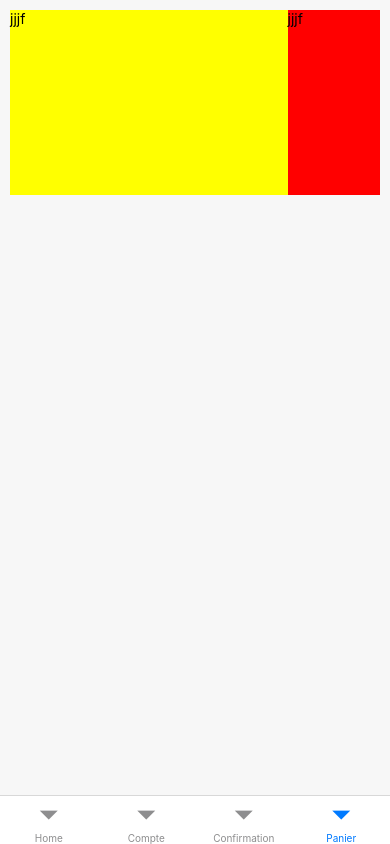
Repository: Norlan-20/Last-Afrilink
Screen: /Panier
An editor plug-in stored every save of this project. The screen is shown before and after the next save, followed by the edit.
The page's requests for data from a server got no answer. The app was drawn by React Native's web renderer in a window 390 px wide. The project was rebuilt for these pictures with package versions that can differ from the ones it lists, and the page was loaded fresh each time. No one was signed in, and anything a server would have sent is missing. Also part of the build but not shown: screen/User.js, component/button.js, screen/Confirmation.js, screen/Connexion.js, screen/Inscription.js, screen/Categorie.js, screen/Produit.js.

Above is the screen before, as saved 2021-09-27 09:32:26.

### App.js
/* eslint-disable prettier/prettier */
import React from 'react';
import {View} from 'react-native';
import { NavigationContainer } from '@react-navigation/native';
import { createNativeStackNavigator } from '@react-navigation/native-stack';
import { createBottomTabNavigator } from '@react-navigation/bottom-tabs';
import HomeScreen from './screen/Home';
import UserScreen from './screen/User';
import ConfirmationScreen from './screen/Confirmation';
import ConnexionScreen from './screen/Connexion';
import InscriptionScreen from './screen/Inscription';
import CategorieScreen from './screen/Categorie';
import ProduitScreen from './screen/Produit';
import CartScreen from './screen/Cart';

const Tab = createBottomTabNavigator();
const Stack = createNativeStackNavigator();

const BottomScreen = () => {
  return (
    <Tab.Navigator screenOptions={{headerShown: false}} >
        <Tab.Screen name="Home" component={HomeScreen}/>
        <Tab.Screen name="Compte" component={UserScreen}/>
        <Tab.Screen name="Confirmation" component={ConnexionScreen}/>
        <Tab.Screen name="Panier" component={CartScreen} />
    </Tab.Navigator>
  );
};

const App = () => {
  return (
    <NavigationContainer>
      <Stack.Navigator>
        <Stack.Screen name="Home" options={{headerShown: false}} component={BottomScreen} />
        <Stack.Screen name="Categorie" component={CategorieScreen} />
        <Stack.Screen name="Inscription" component={InscriptionScreen} />
        <Stack.Screen name="Produit" component={ProduitScreen} />
        {/* <Stack.Screen name="Panier" component={CartScreen} /> */}
      </Stack.Navigator>
    </NavigationContainer>
  );
};

export default App;

### screen/Home.js
/* eslint-disable prettier/prettier */
import React,{useState,useEffect} from 'react';
import {View, Text, StyleSheet, StatusBar, Dimensions, ScrollView} from 'react-native';
import { Header, Icon, Image, SearchBar } from 'react-native-elements';
import Categorie from '../component/categorie';
import Produit from '../component/produit';
import { listOfCategories } from '../API/api';
// import EvilIcons from 'react-native-vector-icons/EvilIcons';

const {width,height} = Dimensions.get('window');
const fond = '#F7F7F7';
const primary = '#2e3190';
const search = '#DDDDDD';

const HomeScreen = props => {

    const [categorie,setCategorie] = useState(null);

    useEffect(()=> {
        listOfCategories().then(res => setCategorie(res));
    },[]);

    const showCategorie = (categorieImage,categorieTitle) => {
        props.navigation.navigate('Categorie',{image: categorieImage, title: categorieTitle});
    };

    const showProduct = (infoProduct) => {
        props.navigation.navigate('Produit',{data: infoProduct});
    };

    return (
        <View style={styles.container}>
            <StatusBar hidden={false}/>
            { console.log(categorie) }
            <Header
                leftComponent={<Icon name="navicon" type="evilicon" size={40} color="#FFF"/>}
                leftContainerStyle={{marginTop: 15}}
                centerComponent={<Image source={require('../assets/logobleu.jpg')} style={{width: 200, height: 50}} />}
                rightComponent={<Icon name="cart" type="evilicon" size={40} color="#FFF"/>}
                rightContainerStyle={{marginTop: 15}}
                backgroundColor={primary}
            />
            <SearchBar
                placeholder="Rechercher"
                round
                lightTheme
                containerStyle={{ width: width,backgroundColor: fond, borderWidth: 0}}
                inputContainerStyle={{ height: 45, backgroundColor: search, borderRadius: 150 }}
                inputStyle={{ height: 45,backgroundColor: search }}
                // searchIcon={<Icon name="user" type="ionicon" />}
                showCancel
                cancelIcon
                onClear
                style={{width: width}}
            />
            <ScrollView>
                <Categorie nom="Catégorie" data={categorie} changeView={showCategorie} />
                <Produit nom="Vedette" changeView={showProduct} />
            </ScrollView>
        </View>
    );
};

const styles = StyleSheet.create({
    container:{
        flex: 1,
        backgroundColor: '#F7F7F7',
    },
});

export default HomeScreen;

### screen/Cart.js
/* eslint-disable prettier/prettier */
import React from 'react'
import { View, Text, ScrollView, Dimensions, StyleSheet, Image, TouchableOpacity } from  'react-native'
import { SwiperFlatList } from 'react-native-swiper-flatlist';

const {width,height} = Dimensions.get('window');
const WIDTH = width - 20 ;
const fond = '#F7F7F7';
const primary = '#2e3190';

const CartScreen = props => {
    return (
        <View style={styles.container}>
            <TouchableOpacity style={styles.cartProductContainer}>
                <View style={styles.productImageContiner}><Text>jjjf</Text></View>
                <View style={styles.productInfoContiner}><Text>jjjf</Text></View>
            </TouchableOpacity>
        </View>
    );
};

const styles = StyleSheet.create({
    container:{
        flex: 1,
        padding: 10,
        backgroundColor: fond,
        alignItems: 'center',
    },
    cartProductContainer: {
        flexDirection: 'row',
        backgroundColor: '#DADADA',
        width: WIDTH,
        height: WIDTH / 2,
    },
    productImageContiner: {
        flex: 3,
        backgroundColor: 'yellow',
    },
    productInfoContiner: {
        flex: 1,
        backgroundColor: 'red',
    },
});

export default CartScreen;

### API/api.js
/* eslint-disable prettier/prettier */
// API list


export const url = 'https://afrilink.herokuapp.com';

// Retrieve list of categorie

export const listOfCategories = () => {
    return fetch(`${url}/category`,{
        method: 'GET',
        headers:{
            Accept:'application/json',
            'Content-type': 'application/json',
        },
    })
    .then((response) => response.json())
    // .then(res => res)
    .catch((error)=> console.log('error'));
};

export const listOfProduct = () => {
    return fetch(`${url}/product`,{
        method: 'GET',
        headers:{
            Accept:'application/json',
            'Content-type': 'application/json',
        },
    })
    .then((response) => response.json())
    // .then(res => res)
    .catch((error)=> console.log('error'));
};

Loaded but not shown: component/categorie.js (library); component/produit.js (library)

After the next save:
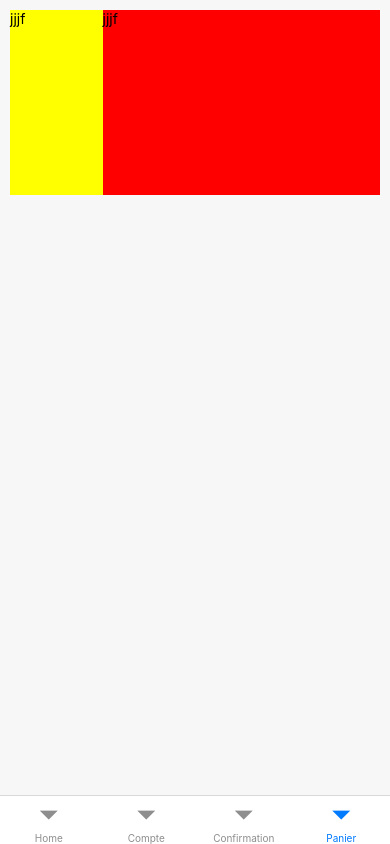
Saved 11 s later.
--- a/screen/Cart.js
+++ b/screen/Cart.js
@@ -33,11 +33,11 @@
         height: WIDTH / 2,
     },
     productImageContiner: {
-        flex: 3,
+        flex: 2,
         backgroundColor: 'yellow',
     },
     productInfoContiner: {
-        flex: 1,
+        flex: 6,
         backgroundColor: 'red',
     },
 });
